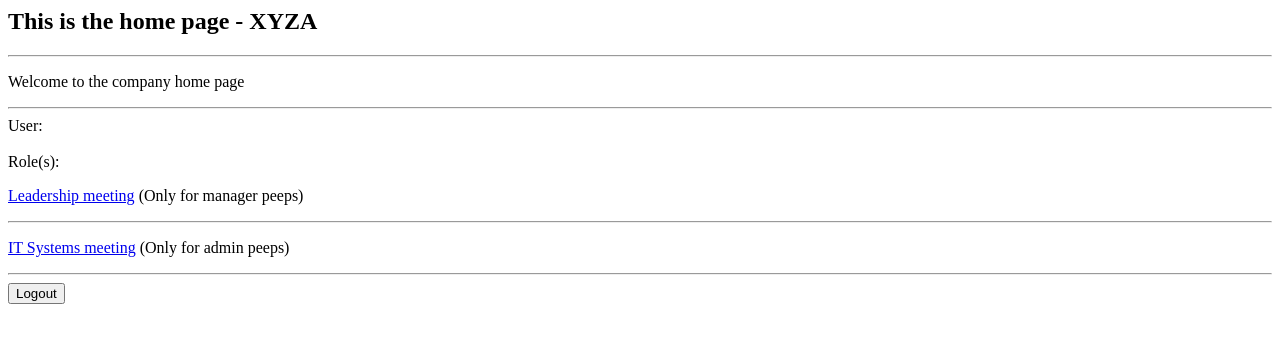
Repository: palash-07/Spring-and-Hibernate-includes-Spring-Boot-
Page: http://localhost/spring-security-demo-07-user-roles/WEB-INF/view/home.jsp
An editor plug-in stored every save of this project. The page is shown before and after the next save, followed by the edit.
The browser window is 1280 px wide. The pictures show the whole page.
The page is served by Tomcat 9. Nobody is signed in. Other server files are loaded and not shown. The template is opened directly, without the code that normally fills it, so the values that code supplies are empty.

Above is the page before, as saved 2022-07-02 07:29:33.

### spring-security-demo-07-user-roles/src/main/webapp/WEB-INF/view/home.jsp
<%@ taglib prefix="form" uri="http://www.springframework.org/tags/form"%>
<%@ taglib prefix="security"
	uri="http://www.springframework.org/security/tags"%>


<html>

<head>
<title>Palash's Company page</title>
</head>

<body>
	<h2>This is the home page - XYZA</h2>
	<hr>
	<p>Welcome to the company home page</p>

	<hr>

	<!-- Display username and role -->
	User:
	<security:authentication property="principal.username" />
	<br>
	<br> Role(s):
	<security:authentication property="principal.authorities" />

	<!-- Add a link to point to /leaders.. this is for the managers-->
	<p>
		<a href="${pageContext.request.contextPath}/leaders">Leadership
			meeting</a> (Only for manager peeps)
	</p>

	<hr>

	<!-- Add a link to point to /systems.. this is for the admins-->
	<p>
		<a href="${pageContext.request.contextPath}/systems">IT Systems
			meeting</a> (Only for admin peeps)
	</p>

	<hr>

	<!-- Add a logout button -->
	<form:form action="${pageContext.request.contextPath}/logout"
		method="POST">

		<input type="submit" value="Logout" />

	</form:form>


</body>

</html>

After the next save:
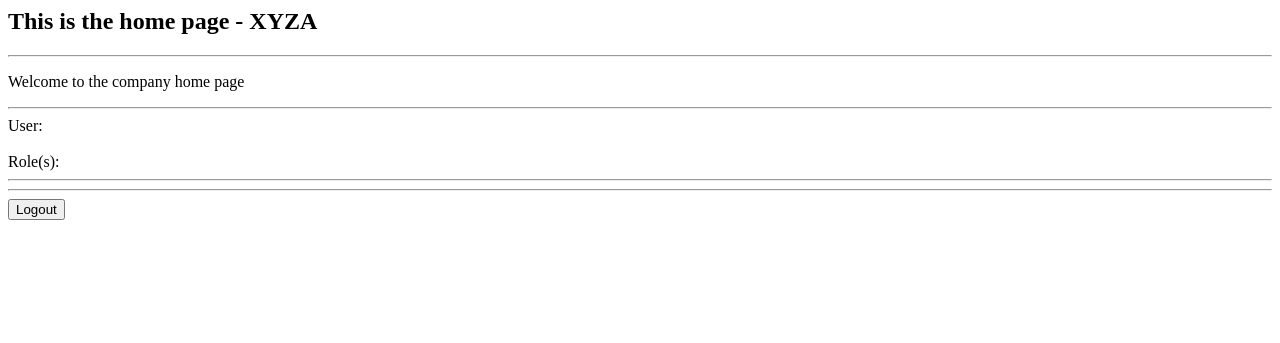
Saved 2 min 44 s later.
--- a/spring-security-demo-07-user-roles/src/main/webapp/WEB-INF/view/home.jsp
+++ b/spring-security-demo-07-user-roles/src/main/webapp/WEB-INF/view/home.jsp
@@ -24,18 +24,21 @@
 	<security:authentication property="principal.authorities" />
 
 	<!-- Add a link to point to /leaders.. this is for the managers-->
-	<p>
-		<a href="${pageContext.request.contextPath}/leaders">Leadership
-			meeting</a> (Only for manager peeps)
-	</p>
-
+	<security:authorize>
+		<p>
+			<a href="${pageContext.request.contextPath}/leaders">Leadership
+				meeting</a> (Only for manager peeps)
+		</p>
+	</security:authorize>
 	<hr>
 
 	<!-- Add a link to point to /systems.. this is for the admins-->
-	<p>
-		<a href="${pageContext.request.contextPath}/systems">IT Systems
-			meeting</a> (Only for admin peeps)
-	</p>
+	<security:authorize>
+		<p>
+			<a href="${pageContext.request.contextPath}/systems">IT Systems
+				meeting</a> (Only for admin peeps)
+		</p>
+	</security:authorize>
 
 	<hr>
 
